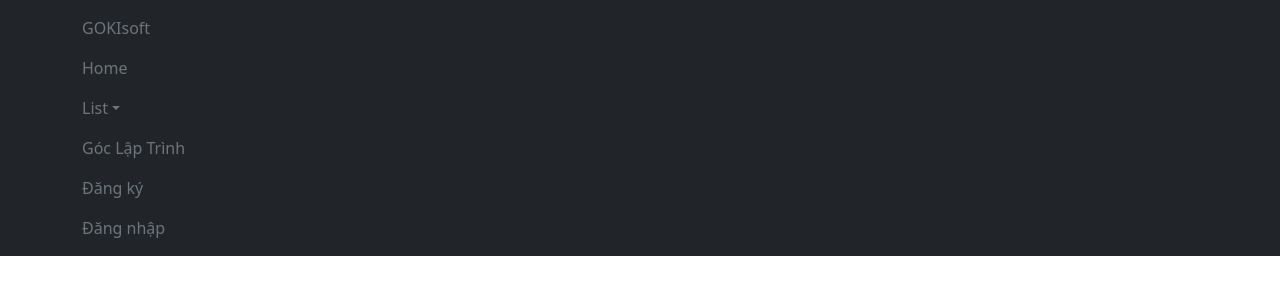
Repository: AnhDuc0125/HTML-Aptech
Page: bt2045/index.html
The author's editor kept a copy of each file at every save. The page is drawn from the files as they stood at one save, then again after the next save.
The browser window is 1280 px wide. The pictures show the whole page.

Above is the page before, as saved 2021-12-13 20:31:25.

After the next save:
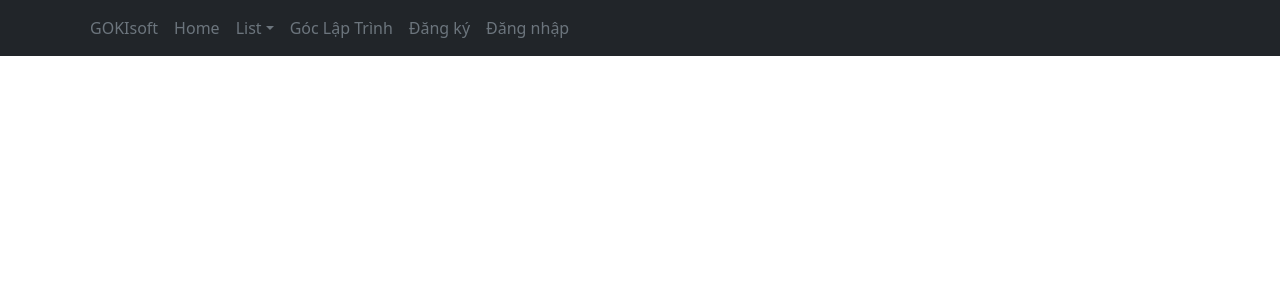
Saved 2 min 35 s later.
--- a/bt2045/index.html
+++ b/bt2045/index.html
@@ -9,7 +9,7 @@
 <script src="https://cdn.jsdelivr.net/npm/bootstrap@5.1.2/dist/js/bootstrap.bundle.min.js"></script>
 </head>
 <body>
-    <nav class="navbar text-white bg-dark">
+    <nav class="navbar navbar-expand-sm text-white bg-dark">
         <div class="container">
             <ul class="navbar-nav">
                 <li class="nav-item"><a class="nav-link text-muted" href="#">GOKIsoft</a></li>
